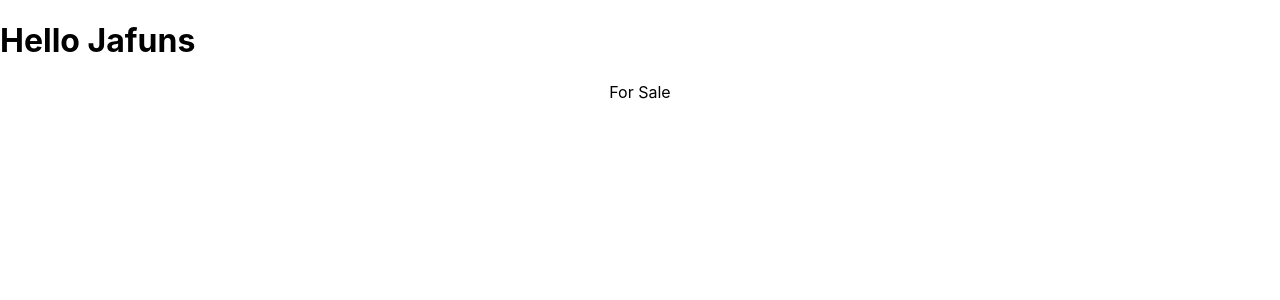
Repository: jafredk/Realestate
Page: /
The author's editor kept a copy of each file at every save. The page is drawn from the files as they stood at one save, then again after the next save.
The browser window is 1280 px wide. The pictures show the whole page.
The project was rebuilt for these pictures with package versions that can differ from the ones it lists, and the page was loaded fresh each time. The framework's server and built-in components were replaced by stand-ins that run in the browser. Also part of the build but not shown: next.config.js.

Above is the page before, as saved 2022-01-26 01:04:53.

### pages/index.js
import link from 'next/link';
import Image from 'next/image';
import { Flex, Box, Text, Button } from '@chakra-ui/react';

const Banner = ({ purpose }) => (
  <Flex flexWrap="wrap" justifyContent="center" alignItems="center" m="10">
    {purpose}

  </Flex>
)

export default function Home() {
  return (
    <div>
      <h1>Hello Jafuns</h1>
      <Banner purpose={'For Sale'} />
    </div>
  )
}

Loaded but not shown: pages/_app.js (common file); styles/globals.css (common file)

After the next save:
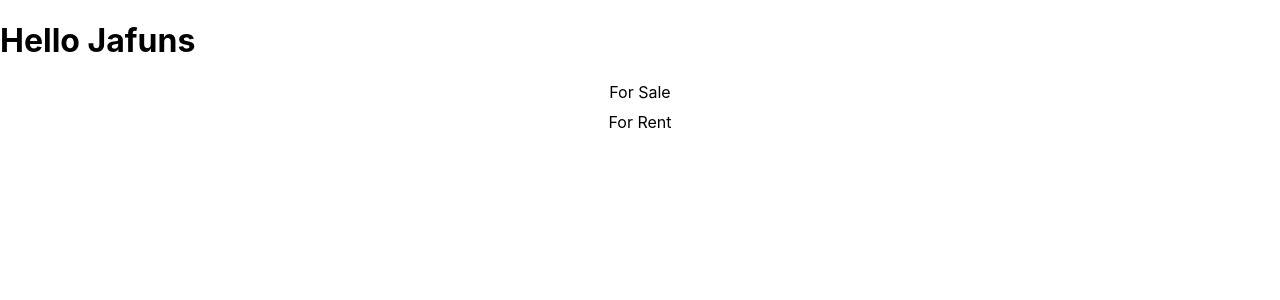
Saved 20 s later.
--- a/pages/index.js
+++ b/pages/index.js
@@ -14,6 +14,7 @@ export default function Home() {
     <div>
       <h1>Hello Jafuns</h1>
       <Banner purpose={'For Sale'} />
+      <Banner purpose={'For Rent'} />
     </div>
   )
 }
